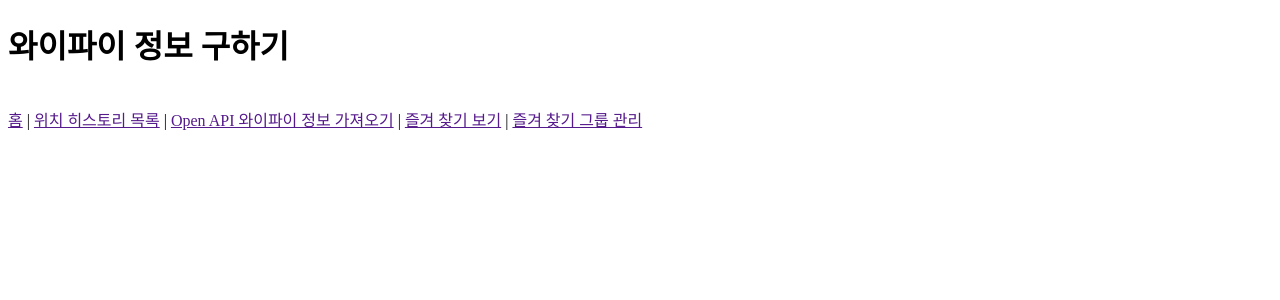
Repository: WooHyun94/Mission1_WIFI
Page: http://localhost/Mission1-WIFI/
An editor plug-in stored every save of this project. The page is shown before and after the next save, followed by the edit.
The browser window is 1280 px wide. The pictures show the whole page.
The page is served by Tomcat 9.

Above is the page before, as saved 2023-09-26 15:56:14.

After the next save:
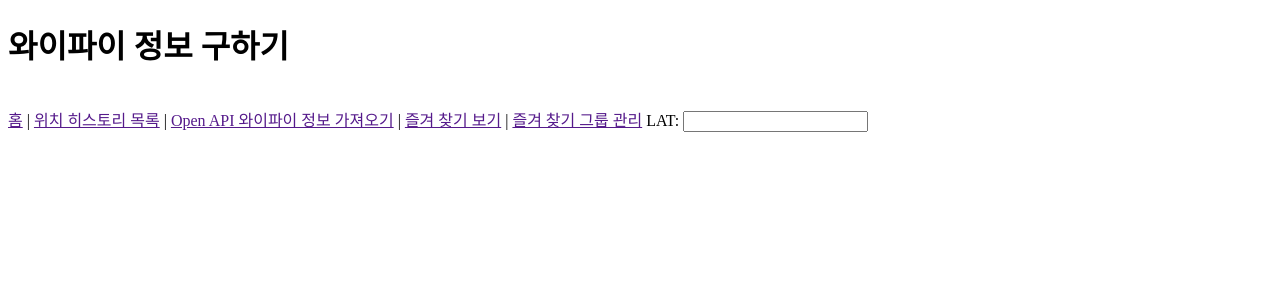
Saved 2 min 45 s later.
--- a/Mission1-WIFI/src/main/webapp/index.jsp
+++ b/Mission1-WIFI/src/main/webapp/index.jsp
@@ -18,5 +18,6 @@
 	<a href=''>즐겨 찾기 보기</a>
 	|
 	<a href=''>즐겨 찾기 그룹 관리</a>
+	LAT: <input type="number" id="lat">
 </body>
 </html>
